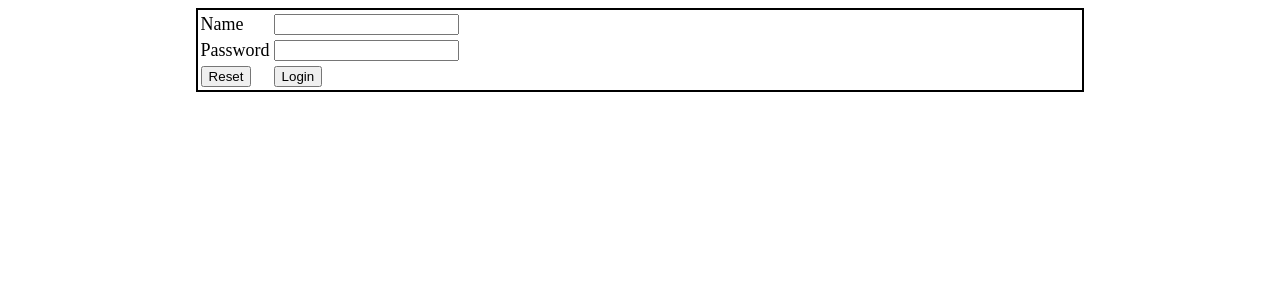
Repository: jks2127/SMS-webApp
Page: sms 1.2/WebContent/index.html
The author's editor kept a copy of each file at every save. The page is drawn from the files as they stood at one save, then again after the next save.
The browser window is 1280 px wide. The pictures show the whole page.

Above is the page before, as saved 2021-06-11 12:18:47.

### sms 1.2/WebContent/index.html
<!DOCTYPE html>
<html>
<head>
	<meta charset="ISO-8859-1">
	<title>Student Management System</title>

	<style>
		.container{
		margin: auto;
		width:70%;
		border:2px solid black;
		font-size:18px;
		}
		#body form table tr{
		padding-left:20%;

		}
	</style>
</head>

<body id="body">
<div class="container">
	<form action="Login" method="POST">
		<table>
			<tr>
				<td> Name </td>
				<td><input type="text" name="user_name"></td>
			</tr>
			<tr>
				<td>Password</td>
				<td><input type="password" name="user_pswd"></td>
			</tr>
			<tr>
				<td><button type="reset">Reset</button></td>
				<td><button type="submit">Login</button></td>
			</tr>
		</table>

	</form>
</div>
</body>
</html>

After the next save:
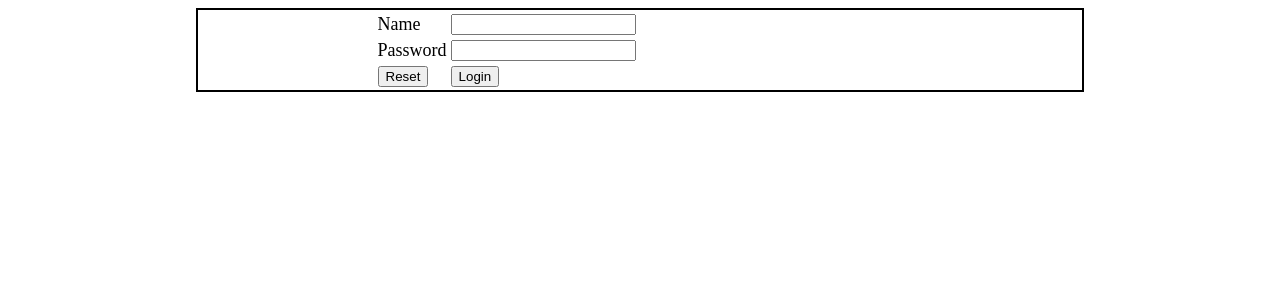
Saved 14 s later.
--- a/sms 1.2/WebContent/index.html
+++ b/sms 1.2/WebContent/index.html
@@ -11,7 +11,7 @@
 		border:2px solid black;
 		font-size:18px;
 		}
-		#body form table tr{
+		#body form table{
 		padding-left:20%;
 
 		}

After the 2 saves that followed:
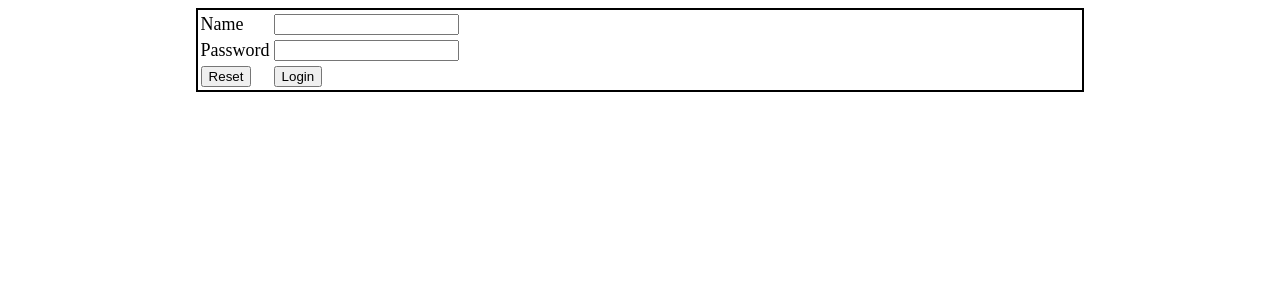
The 2 saves are shown as one change because 1 left the picture as it was.
The last was saved 23 s later.
--- a/sms 1.2/WebContent/index.html
+++ b/sms 1.2/WebContent/index.html
@@ -10,10 +10,6 @@
 		width:70%;
 		border:2px solid black;
 		font-size:18px;
-		}
-		#body form table{
-		padding-left:20%;
-
 		}
 	</style>
 </head>
